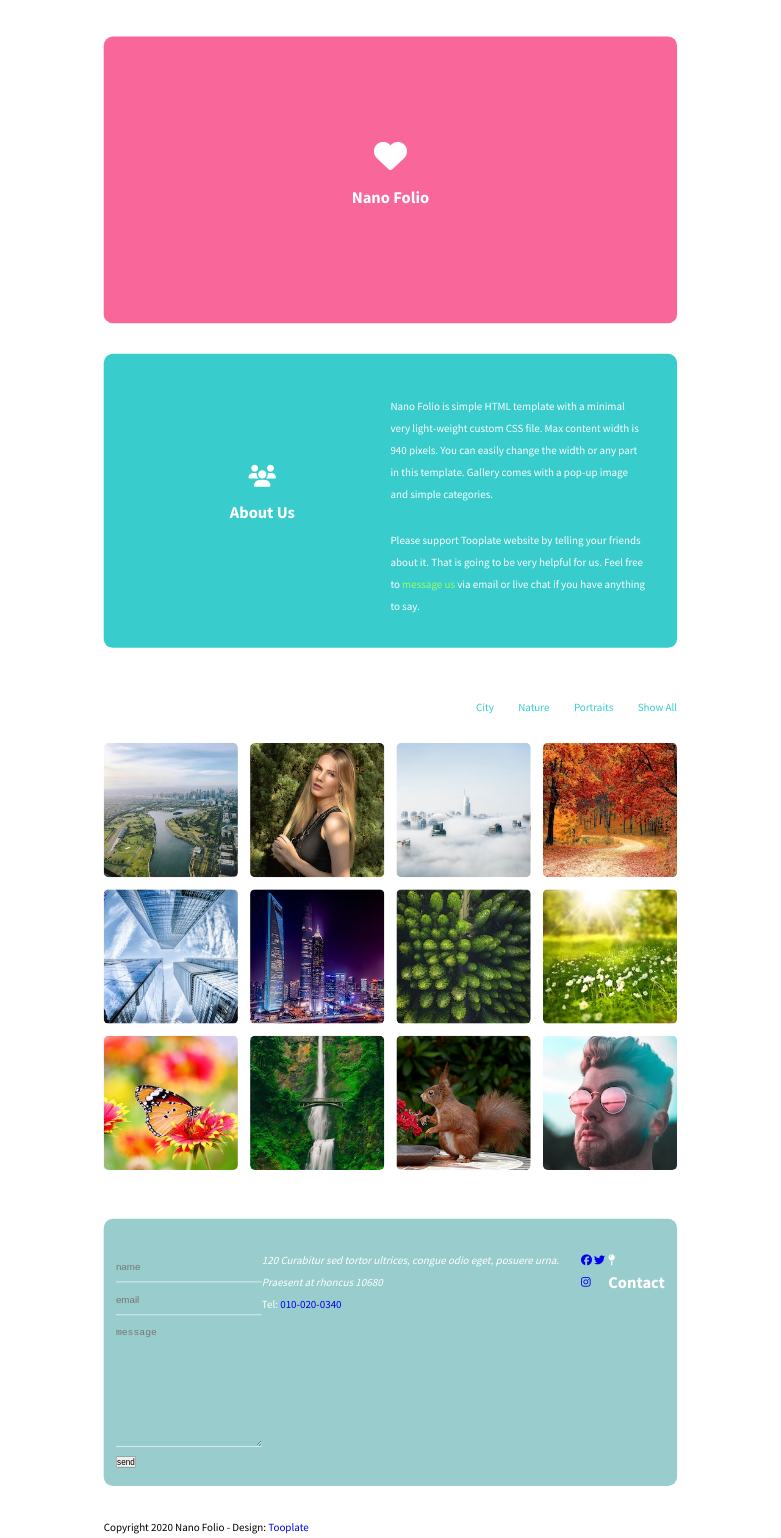
Repository: BuiVanVu102/Tooplate
Page: index.html
An editor plug-in stored every save of this project. The page is shown before and after the next save, followed by the edit.
The browser window is 1280 px wide. The pictures show the whole page, at 61% of full size.
Some web libraries are served in a nearby version. The style sheet was rebuilt from its Sass, Less or Tailwind sources for each picture, by a compiler version that may differ from the author's.

Above is the page before, as saved 2021-11-16 16:28:31.

After the next save:
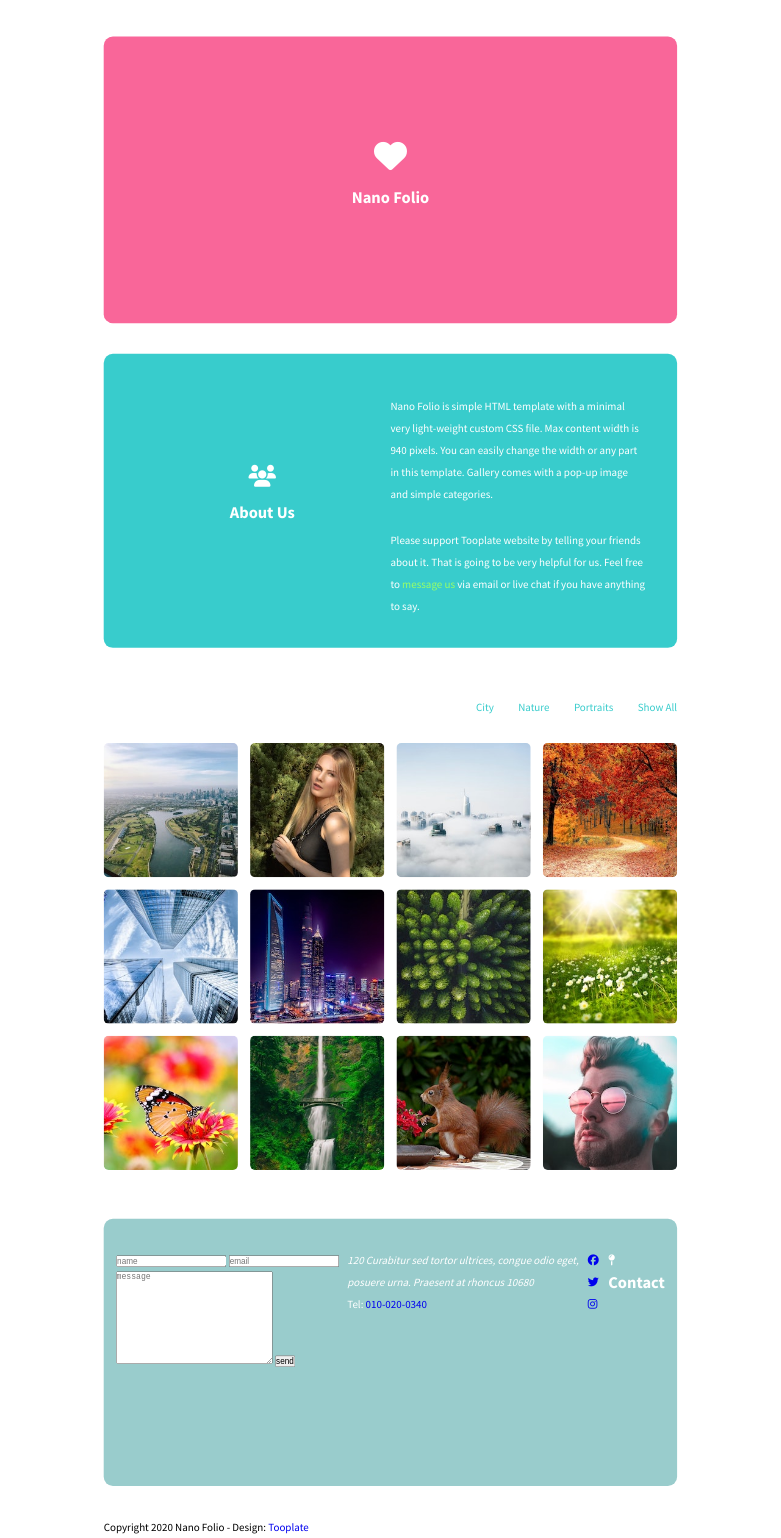
Saved 65 s later.
--- a/sass/_form.scss
+++ b/sass/_form.scss
@@ -15,15 +15,7 @@
 
 		border-radius: 15px;
 	}
-	&__submit input,textarea {
+	&__submit  {
 		display: block;
-		font-size: 1rem;
-		background: transparent;
-		border: 0;
-		border-bottom: 1px solid white;
-		padding: 15px 0;
-		margin-top: 5px;
-		margin-bottom: 5px;
-		width: 100%;
 	}
 }
